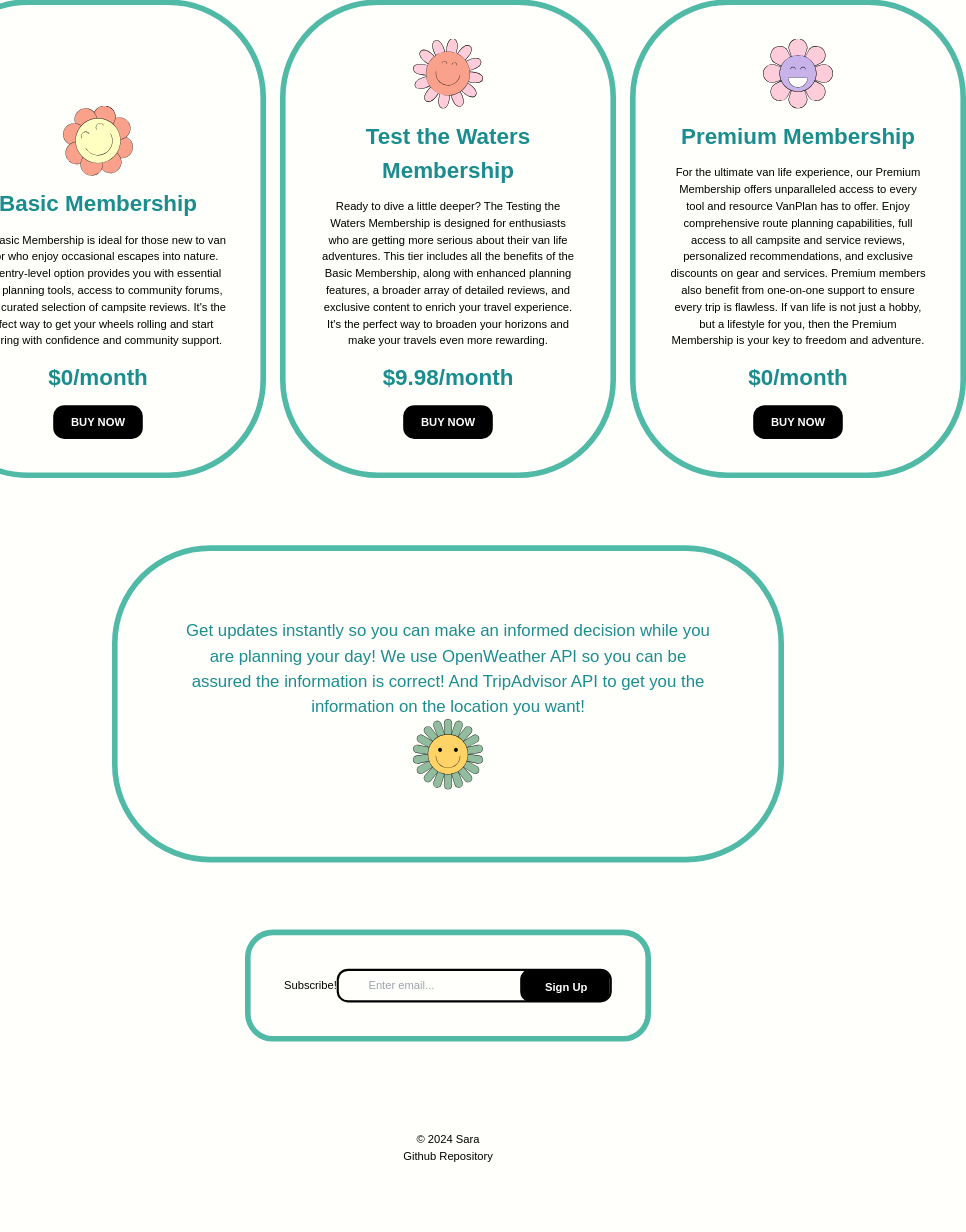
Repository: SaraShio/landing-page
Page: /
These files come from the project's save history. The page is drawn as it stood at one moment and after the next save; the edit follows.
The browser window is 1280 px wide. The page is 1380 px wide, so the pictures cover 1380 px, including what lies to the right of the window. The pictures show the part of the page from y = 860 to 2620 px (the page is 2620 px tall), at 70% of full size.
The project was rebuilt for these pictures with package versions that can differ from the ones it lists, and the page was loaded fresh each time. The framework's server and built-in components were replaced by stand-ins that run in the browser. Also part of the build but not shown: next.config.mjs.

Above is the page before, as saved 2024-03-08 22:31:59.

After the next save:
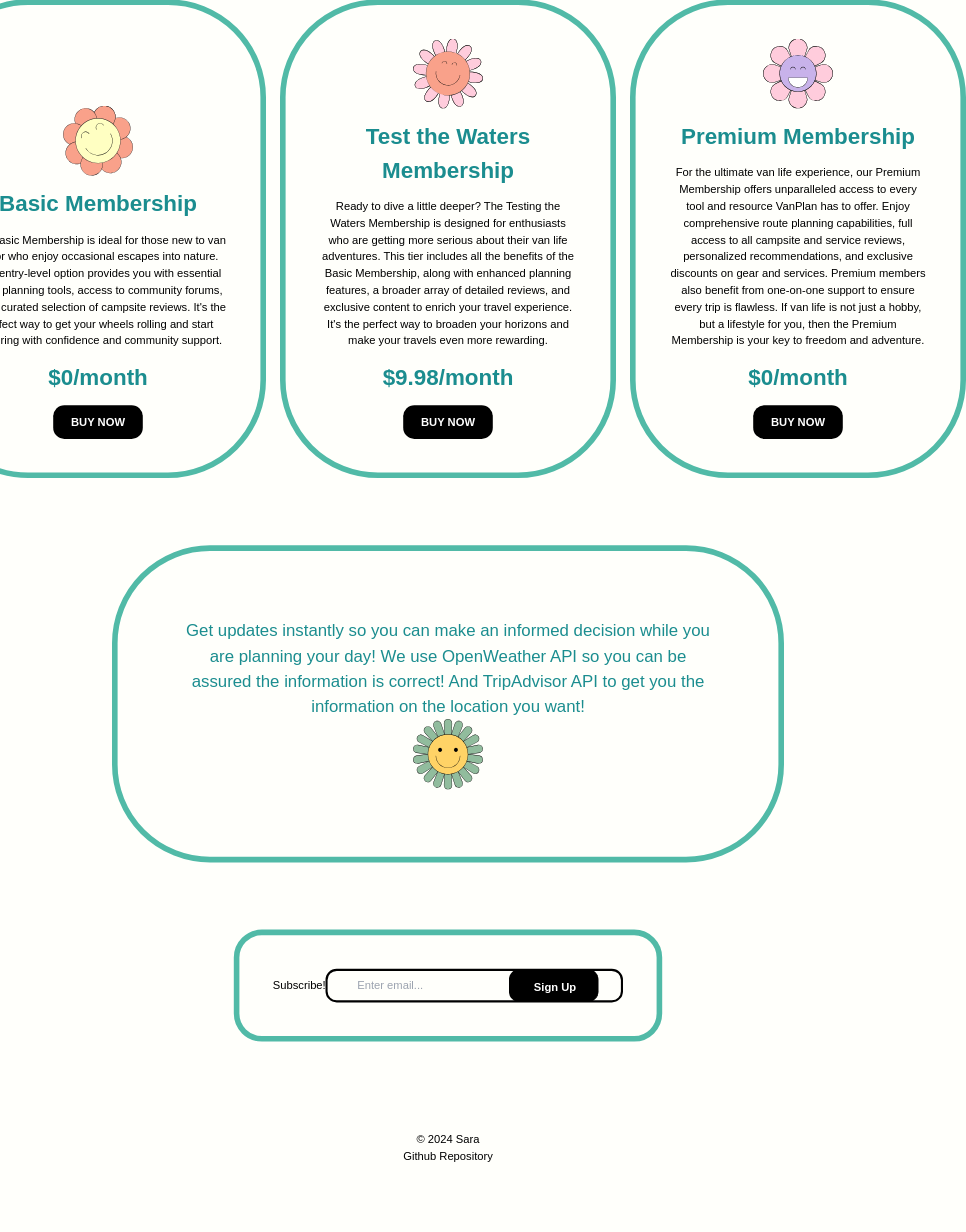
Saved 5 s later.
--- a/components/Subscribe/Subscribe.module.css
+++ b/components/Subscribe/Subscribe.module.css
@@ -26,7 +26,7 @@
     border-radius: 1rem;
     height: 3rem;
     padding-left: 2rem;
-
+    padding-right: 2rem;
   }
 
   .input_container input {
